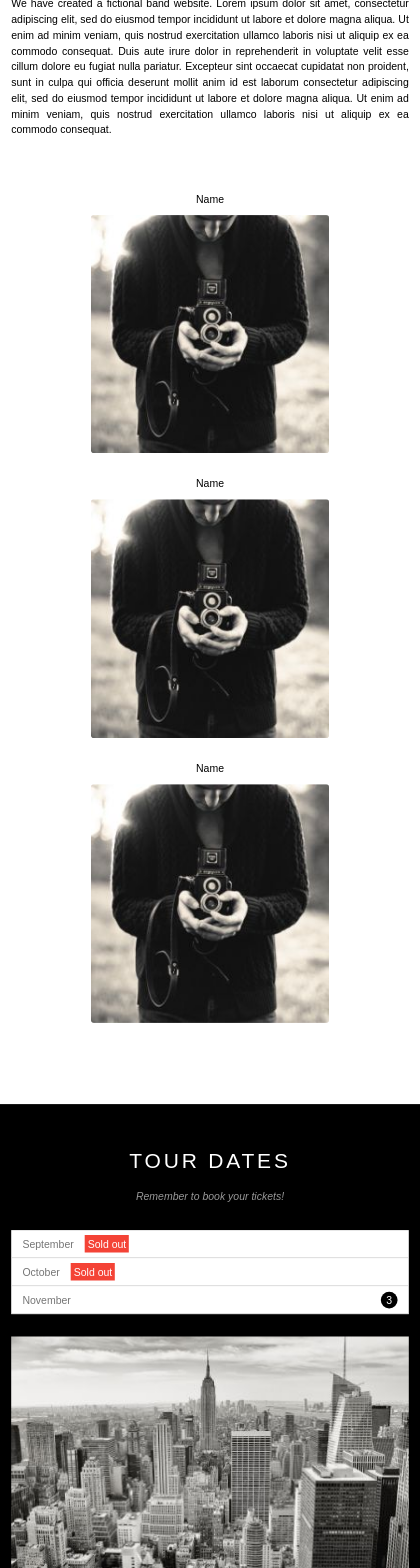
Repository: maivannhan1998/git-w3band
Page: index.html
An editor plug-in stored every save of this project. The page is shown before and after the next save, followed by the edit.
The browser window is 600 px wide. The pictures show the part of the page from y = 515 to 2755 px (the page is 5303 px tall before and 4225 px after), at 70% of full size.

Above is the page before, as saved 2021-09-11 11:12:25.

### index.html

<!DOCTYPE html>
<html lang="en">
<head>
    <meta charset="UTF-8">
    <meta http-equiv="X-UA-Compatible" content="IE=edge">
    <meta name="viewport" content="width=device-width, initial-scale=1.0">
    <title>Document</title>
    <link rel="stylesheet" href="./asset/css/style.css">
    <link rel="stylesheet" href="./asset/css/responsive.css">
    <link rel="stylesheet" href="./asset/fontss/themify-icons/themify-icons.css">
</head>
<body>
    <div id="main">
        <div id="header">
            <!-- Begin: nav -->
            <ul id="nav">
                <li><a href="#">Home</a></li>
                <li><a href="#tour">Tour</a></li>
                <li><a href="#band">Band</a></li>
                <li><a href="#contact">Contact</a></li>
                <li><a href="#">
                    More
                    <i class="nav-arrow-down ti-angle-down"></i>
                </a>
                    <ul class="subnav">
                        <li><a href="#">Merchandise</a></li>
                        <li><a href="#">Extras</a></li>
                        <li><a href="#">Media</a></li>
                    </ul>
                </li>
            </ul>
            <!-- End: nav -->

            <!-- Begin: Search button -->
            <div class="search-btn">
                <i class="search-icon ti-search"></i>
            </div>

            <div id="mobile-menu" class="mobile-menu-btn">
                <i class="menu-icon ti-menu"></i>
            </div>
            <!-- End: Search button -->


        </div>

        <div id="slider">
            <div class="text-content">
                <h2 class="text-heading">New York</h2>
                <div class="text-des">The atmosphere in New York is lorem ipsum.</div>
            </div>
        </div>

        <div id="content">
            <!-- About section -->
            <div id="band" class="content-section">
                <h2 class="heading-section">THE BAND</h2>
                <p class="heading-sub-section">We love music</p>
                <p class="about-text">We have created a fictional band website. Lorem ipsum dolor sit amet, consectetur adipiscing elit, sed do eiusmod tempor incididunt ut labore et dolore magna aliqua. Ut enim ad minim veniam, quis nostrud exercitation ullamco laboris nisi ut aliquip ex ea commodo consequat. Duis aute irure dolor in reprehenderit in voluptate velit esse cillum dolore eu fugiat nulla pariatur. Excepteur sint occaecat cupidatat non proident, sunt in culpa qui officia deserunt mollit anim id est laborum consectetur adipiscing elit, sed do eiusmod tempor incididunt ut labore et dolore magna aliqua. Ut enim ad minim veniam, quis nostrud exercitation ullamco laboris nisi ut aliquip ex ea commodo consequat.</p>
                <div class="row members-list">
                    <div class="member-item col col-third  text-center">
                         <p class="member-name">Name</p>
                         <img src="./asset/img/band/member1.jpg" alt="Name" class="member-img">
                    </div>
                    <div class="member-item col col-third  text-center">
                        <p class="member-name">Name</p>
                        <img src="./asset/img/band/member1.jpg" alt="Name" class="member-img">
                   </div>
                   <div class="member-item col col-third  text-center">
                        <p class="member-name">Name</p>
                        <img src="./asset/img/band/member1.jpg" alt="Name" class="member-img">
                    </div>


                </div>
            </div>

            <!--Tour section  -->
            <div id="tour" class="tour-section">

                <div class="content-section">
                    <h2 class="heading-section text-white">TOUR DATES</h2>
                    <p class="heading-sub-section text-white">Remember to book your tickets!</p>
                    <ul class="tickets-list">
                        <li>September<span class="sold-out">Sold out</span></li>
                        <li>October<span class="sold-out">Sold out</span></li>
                        <li>November<span class="quanity">3</span></li>
                    </ul>

                    <!-- Place section -->
                    <div class="row places-list">
                        <div class="col col-third s-col-full mt-16">
                            <img src="./asset/img/places/newyork.jpg" alt="New York" class="place-img">
                            <div class="place-content">
                                <h3 class="place-heading">New York</h3>
                                <p class="place-time">Fri 27 Nov 2016</p>
                                <p class="place-des">Praesent tincidunt sed tellus ut rutrum sed vitae justo.</p>
                                <button class="place-buy-btn js-buy-ticket">Buy Tickets</button>
                            </div>
                        </div>

                        <div class=" col col-third s-col-full mt-16">
                            <img src="./asset/img/places/paris.jpg" alt="Paris" class="place-img">
                            <div class="place-content">
                                <h3 class="place-heading">Paris</h3>
                                <p class="place-time">Sat 28 Nov 2016</p>
                                <p class="place-des">Praesent tincidunt sed tellus ut rutrum sed vitae justo.</p>
                                <button class="place-buy-btn js-buy-ticket">Buy Tickets</button>
                            </div>
                        </div>

                        <div class=" col col-third s-col-full mt-16">
                            <img src="./asset/img/places/sanfran.jpg" alt="San Francisco" class="place-img">
                            <div class="place-content">
                                <h3 class="place-heading">San Francisco</h3>
                                <p class="place-time">Sun 29 Nov 2016</p>
                                <p class="place-des">Praesent tincidunt sed tellus ut rutrum sed vitae justo.</p>
                                <button class="place-buy-btn js-buy-ticket">Buy Tickets</button>
                            </div>
                        </div>


                    </div>
                </div>


            </div>

            <!-- Contact section -->

            <div id="contact" class="content-section">
                <h2 class="heading-section">CONTACT</h2>
                <p class="heading-sub-section">Fan? Drop a note!</p>


                <div class="row contact-content">
                    <div class="col col-half contact-info">
                           <p><i class="ti-location-pin"></i>Chicago, US</p>
                           <p><i class="ti-mobile"></i>Phone: +00 151515</p>
                           <p><i class="ti-email"></i>Email: mail@mail.com</p>
                    </div>
                    <div class="col col-half contact-form">
                        <form action="">
                            <div class="row">
                                   <div class="col col-half">
                                       <input type="text" name="" placeholder="Name" required  id="contact-name" class="form-control">
                                   </div>
                                   <div class="col col-half">
                                       <input type="email" name="" placeholder="Email" required id="contact-email" class="form-control">
                                   </div>
                                   <!-- <div class="clear"></div> -->
                            </div>
                            <div class="row mt-8">
                               <div class="col col-full">
                                   <input type="text" name="" placeholder="Message" id="contact-message" required class="form-control">
                               </div>
                            </div>
                            <input class="form-submit-btn mt-16" type="submit" value="SEND">

                        </form>
                    </div>
                </div>
            </div>

            <!-- End contact section -->

            <div class="map-section">
                <img src="./asset/img/map.jpg" alt="Map">
            </div>



        </div>

        <div id="footer">
            <div class="social-list">
                <a href=""><i class="ti-facebook"></i></a>
                <a href=""><i class="ti-instagram"></i></a>
                <a href=""><i class="ti-github"></i></a>
                <a href=""><i class="ti-pinterest"></i></a>
                <a href=""><i class="ti-twitter"></i></a>
                <a href=""><i class="ti-linkedin"></i></a>
            </div>
            <p class="copyright">Powered by <a href="">w3.css</a></p>
        </div>
    </div>

    <div class="modal js-modal">
        <div class= "modal-container js-modal-container">
            <div class="modal-close js-modal-close">
                <i class="ti-close"></i>
            </div>
            <header class="modal-header">
                <i class="modal-tibag-icon ti-bag"></i>
                Tickets
            </header>

            <div class="modal-body">
                <label for="ticket-quanity" class="modal-label">
                    <i class="ti-shopping-cart"></i>
                    Tickets, $15 per person
                </label>
                <input id="ticket-quanity" type="text" class="modal-input" placeholder="How many?">

                <label for="ticket-email" class="modal-label">
                    <i class="ti-user"></i>
                    Send to
                </label>
                <input id="ticket-email" type="email" class="modal-input" placeholder="Enter mail...">

                <button id="buy-tickets">
                    Pay <i class="ti-check"></i>
                </button>


            </div>

            <footer class="modal-footer">
                <p class="modal-help">Need <a href="">help?</a></p>
            </footer>
        </div>
    </div>

 <script>
        const buyBtns = document.querySelectorAll('.js-buy-ticket')
        const modal = document.querySelector('.js-modal')
        const modalContainer = document.querySelector('.js-modal-container')
        const modalClose = document.querySelector('.js-modal-close')

        function showBuyTickets() {
            modal.classList.add('open')
        }
        function hiddenBuyTickets() {
            modal.classList.remove('open')
        }

        for ( const buyBtn of buyBtns) {
            buyBtn.addEventListener('click', showBuyTickets )
        }

        modalClose.addEventListener('click', hiddenBuyTickets)

        modal.addEventListener('click', hiddenBuyTickets)

        modalContainer.addEventListener('click', function(event){
            event.stopPropagation()
        })

    </script>

    <script>
        var header = document.getElementById('header');
        var mobileMenu = document.getElementById('mobile-menu');
        var headerHeight = header.clientHeight;

        // Đóng/mở mobile menu
        mobileMenu.onclick = function () {
           var isClose = header.clientHeight === headerHeight;
           if (isClose) {
               header.style.height = 'auto';
           } else {
               header.style.height = null;
           }
        }
        //tự động đóng khi chọn menu
        var menuItems = document.querySelectorAll('#nav li a[href*="#"]')
        for(var i = 0; i < menuItems.length; i++) {
            var menuItem = menuItems[i];

            menuItem.onclick = function(event){
                var isParentMenu = this.nextElementSibling && this.nextElementSibling.classList.contains('subnav');
                if(isParentMenu) {
                    event.preventDefault();
                } else {
                    header.style.height = null;
                }
            }

        }
    </script>

</body>
</html>

### asset/css/style.css
/* Reset CSS*/
*{
    padding: 0;
    margin: 0;
    box-sizing: border-box;
}

/* common */

.row {
    margin-left: -8px;
    margin-right: -8px;
}

.row::after {
    content: "";
    display: block;
    clear: both;
}

.col {
    float: left;
    padding-left: 8px;
    padding-right: 8px;
}

.col-third {
    width: 33.33333%;
}

.col-half {
    width: 50%;
}

.col-full {
    width: 100%;
}

.s-col-full {
    width: 100%;
}

.text-center {
    text-align: center !important;
}

.clear {
    clear: both;
}

.text-white {
    color: #fff !important;
}

.mt-8 {
    margin-top: 8px;
}

.mt-16 {
    margin-top: 16px;
}

html{
    font-family: Arial, Helvetica, sans-serif;
    scroll-behavior: smooth;

}

#main{

}

#header{
    position: fixed;
    top: 0;
    left: 0;
    right: 0;
    height: 46px;
    background-color: #000;
    z-index: 1;

}

#nav {
    display: inline-block ;
}

#nav, .subnav {
    list-style-type: none;
}

#nav > li {
    display: inline-block;
}

#nav li{
    position: relative;

}

#nav > li > a {
    color: #fff;
    text-transform: uppercase;
}

#nav li a {
    padding: 0 24px;
    line-height: 46px;
    display: block;
    text-decoration: none;
}
#nav .subnav li:hover a,
#nav > li:hover > a {
    color: #000;
    background-color: #ccc;
}

#nav .subnav {
    display: none;
    position: absolute;
    top: 100%;
    left: 0;
    min-width: 160px;
    background-color: #fff;
    box-shadow: 0 0 10px rgba(0, 0, 0, 0.3);
}

#nav .subnav a {
    color: #000;
    padding: 0 12px;
    line-height: 38px;

}

#nav li:hover .subnav {
    display: block;
}

.nav-arrow-down {
    font-size: 14px;
}

#header .mobile-menu-btn {
    position: absolute;
    top: 0;
    right: 0;
    display: none;
}

#header .mobile-menu-btn,
#header .search-btn {
    float: right;
    padding: 0px 21px;
}

#header .mobile-menu-btn:hover {
    background-color: #ccc;
}

#header .mobile-menu-btn:hover .menu-icon {
    color: #000;
}

#header .search-btn:hover  {
    cursor: pointer;
    background-color: #f44336;
}
#header .menu-icon,
#header .search-icon {
    color: #fff;
    font-size: 20px;
    line-height: 46px;
}

#slider{
   margin-top: 45px;
   /* chỉ số % chiều ngang của chính nó (chiều cao lun bằng 1/2 chiều ngang) */
   position: relative;
   padding-top: 50%;
   background: url('../img/slider/slider1.jpg') top center / cover no-repeat;
}

#slider .text-content {
    position: absolute;
    bottom: 47px;
    color: #fff;
    width: 100%;
    /* left: 50%;
   transform: translateX(-50%); */
   text-align: center;

}

#slider .text-heading {
    font-weight: 500;
    font-size: 24px;
}

#slider .text-des {
    font-size: 15px;
    margin-top: 25px;
}

#content{

}

#content .content-section {
    width: 800px;
    padding: 64px 0 112px;
    margin-left: auto;
    margin-right: auto;
    /*responsive */
    max-width: 100%;
    padding-left: 16px;
    padding-right: 16px;

}

#content .heading-section {
    text-align: center;
    font-size: 30px;
    font-weight: 500;
    letter-spacing: 4px;
}

#content .heading-sub-section {
    text-align: center;
    font-size: 15px;
    margin-top: 25px;
    font-style: italic;
    opacity: 0.6;
}

#content .about-text {
    margin-top: 25px;
    text-align: justify;
    font-size: 15px;
    line-height: 1.5;
}

#content .members-list {
    margin-top: 48px;
}



#content .member-name {
    font-size: 15px;
}

#content .member-img {
    width: 154px;
    margin-top: 15px ;
    border-radius: 4px;

}

/* tour section */

.tour-section {
    background-color: #000;
}

.tickets-list {
    margin-top: 40px;
    list-style-type: none;
    background-color: #fff;

}

.tickets-list li {
    color: #757575;
    font-size: 15px;
    padding: 11px 16px;
    border-bottom: 1px solid #ccc;
}

.tickets-list .sold-out {
    color: #fff;
    background-color: #f44336;
    padding: 4px 4px;
    margin-left: 16px;
}

.tickets-list .quanity {
    float: right;
    color: #fff;
    background-color: #000;
    width: 24px;
    height: 24px;
    border-radius: 50%;
    text-align: center;
    margin-top: -3px;
    line-height: 24px;
}

.places-list {
    margin-top: 16px;
}

.place-img{
    width: 100%;
    display: block;
}

.place-img:hover {
    opacity: 0.6;
}

.place-content{
background-color: #fff;
padding: 16px;
font-size: 15px;
}

.place-heading{
    font-size: 15px;
}

.place-time{
    margin-top: 15px;
    color: #757575;
}

.place-des{
    margin: 15px 0;
    line-height: 1.4;
}

.place-buy-btn{
    color: #fff;
    background-color: #000;
    text-decoration: none;
    padding: 11px 16px;
    display: inline-block;
    border: none;
}

.place-buy-btn:hover {
    color: #000;
    background-color: #ccc;
}

/* contact form */

.contact-content {
    margin-top: 48px;
}

.contact-info {
    font-size: 18px;
}

.contact-info i[class*="ti-"]{
    width: 30px;
    display: inline-block;
    line-height: 1.5;
}

.contact-form {
    font-size: 15px;
}

.contact-form .form-control {
    padding: 10px;
    border: 1px solid #ccc;
    width: 100%;
}

.form-submit-btn {
    padding: 10px 16px;
    float: right;
    color: #fff;
    background: #000;
    border: none;
}

.form-submit-btn:hover {
    color: #000;
    background-color: #ccc;
}

.map-section img {
    width: 100%;
}

/* Footer section */

#footer{
    padding: 64px 16px;
    text-align: center;
}

#footer .social-list {
    font-size: 24px;
}

#footer .social-list a {
    color: rgba(0, 0, 0, 0.6);
    text-decoration: none;
}
#footer .copyright a:hover,
#footer .social-list a:hover {
    color: rgba(0, 0, 0, 0.4);
}
#footer .copyright a {
    margin-top: 15px;
    color: rgba(0, 0, 0, 0.6);
}

.modal {
    position: fixed;
    top: 0;
    left: 0;
    right: 0;
    bottom: 0;
    background-color: rgba(0, 0, 0, 0.4);
    align-items: center;
    justify-content: center;
    display: none;
}

.modal.open {
    display: flex;
}

.modal-container {
    background: #fff;
    width: 900px;
    max-width: calc(100% - 32px);
    min-height: 200px;
    position: relative;
    animation: mymove ease 0.5s;
}

.modal-header {
    display: flex;
    align-items: center;
    justify-content: center;
    font-size: 30px;
    color: #fff;
    background-color: #009688;
    min-height: 130px;
    letter-spacing: 4px;
}

.modal-tibag-icon {
    margin-right: 16px;
}

.modal-close {
    position: absolute;
    right: 0;
    top: 0;
    padding: 17px 15px;
    color: #fff;
    cursor: pointer;

}

.modal-close:hover {
    color: #000;
    background-color: #ccc;
}

.modal-body {
    padding: 16px;
}

.modal-label {
    display: block;
    font-size: 15px;
    margin-bottom: 12px;
}

.modal-input {
    border: 1px solid #ccc;
    padding: 11px;
    width: 100%;
    font-size: 15px;
    margin-bottom: 24px;
}

#buy-tickets {
    width: 100%;
    color: #fff;
    background-color: #009688;
    border: none;
    padding: 19px;
    text-transform: uppercase;
    font-size: 15px;
    cursor: pointer;
}

#buy-tickets:hover {
    color: #000;
    background-color: #ccc;
}

.modal-footer {
    padding: 16px;
    float: right;
    font-size: 15px;
}

.modal-footer a {
    color: #2196f3;
    cursor: pointer;
}

@keyframes mymove {
    from{
        transform: translateY(-140px);
        opacity: 0;
    }

    to{
        transform: translateY(0);
        opacity: 1;
    }


}

### asset/css/responsive.css
/* PC */
@media (min-width: 1024px) {

}

/* Tablet */
@media (min-width: 740px) and (max-width: 1023px) {

}

/* Mobile */
@media (max-width: 739px) {

    .s-col-full {
        width: 100%;
    }

   #header {
       overflow: hidden;
   }

    #header .mobile-menu-btn {
    display: block;
    }

    #header .search-btn {
        display: none;
    }

    #nav {
        display: block;
    }

    #nav .subnav {
        position: initial;
        background-color: #333;
    }

    #nav .subnav a {
        color: #fff;
        padding: 5px 41px;
    }

    #nav li {
        display: block;
    }

    #nav > li:first-child {
        display: inline-block;
    }

    #content .member-item {
        padding-top: 30px ;
        width: 100%;
    }

    #content .member-img {
        width: 60%;
    }




}

Loaded but not shown: asset/fontss/themify-icons/themify-icons.css (common file)

After the next save:
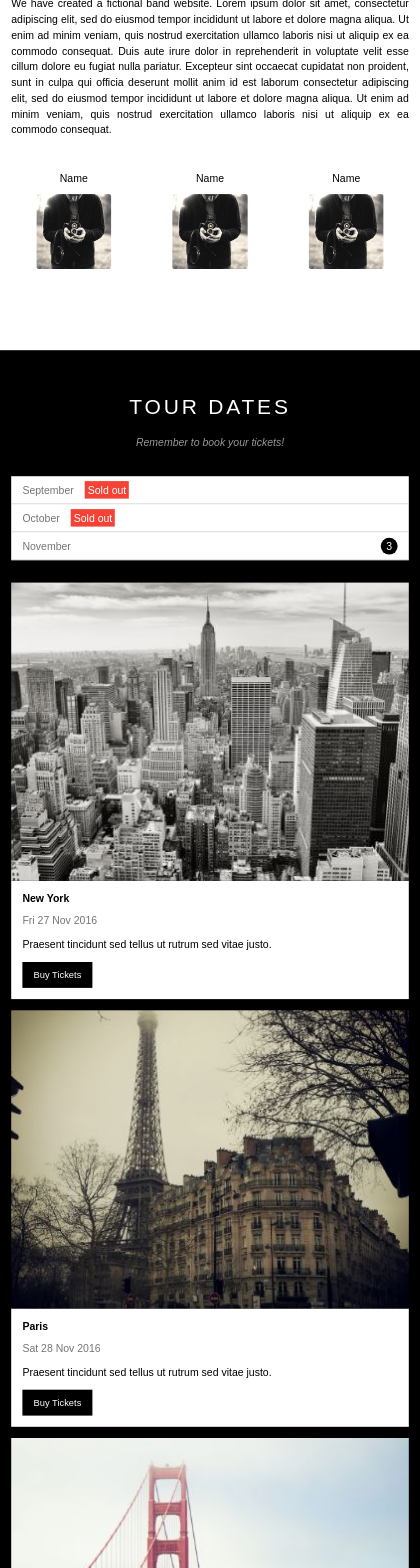
Saved 56 s later.
--- a/asset/css/responsive.css
+++ b/asset/css/responsive.css
@@ -49,11 +49,6 @@
         display: inline-block;
     }
 
-    #content .member-item {
-        padding-top: 30px ;
-        width: 100%;
-    }
-
     #content .member-img {
         width: 60%;
     }
